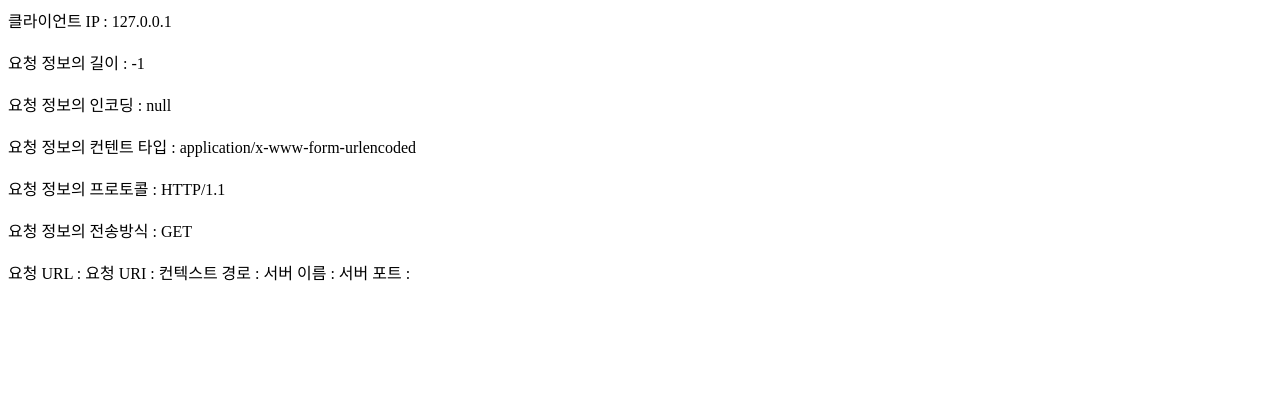
Repository: seminocoe/JSP_STUDY
Page: http://localhost/ServletProject/implicit/reqEx01.jsp
The author's editor kept a copy of each file at every save. The page is drawn from the files as they stood at one save, then again after the next save.
The browser window is 1280 px wide. The pictures show the whole page.
The page is served by Tomcat 9. Nobody is signed in. The application's start-up code is not run.

Above is the page before, as saved 2022-08-02 01:22:02.

After the next save:
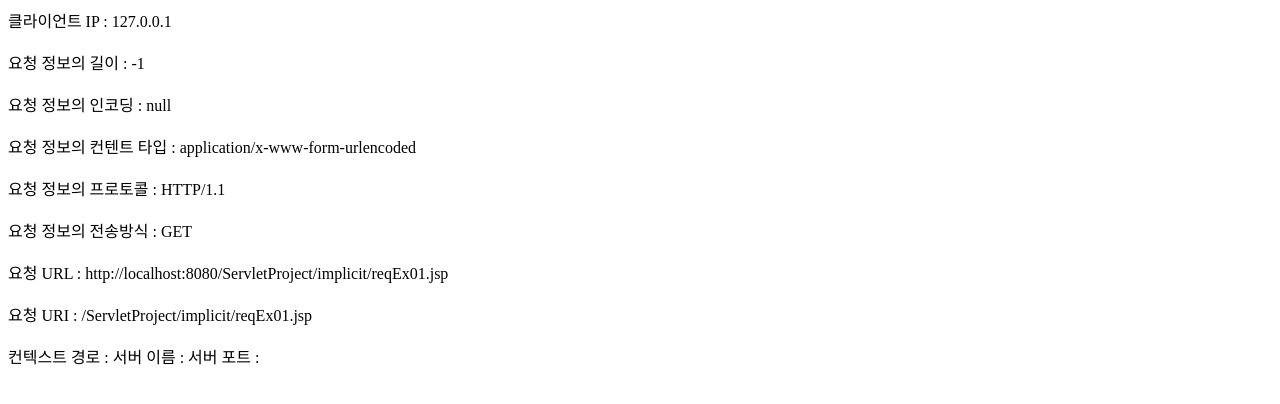
Saved 18 min 59 s later.
--- a/ServletProject/src/main/webapp/implicit/reqEx01.jsp
+++ b/ServletProject/src/main/webapp/implicit/reqEx01.jsp
@@ -13,8 +13,8 @@
 요청 정보의 컨텐트 타입 : <%= request.getContentType() %><br><br>
 요청 정보의 프로토콜 : <%= request.getProtocol() %><br><br>
 요청 정보의 전송방식 : <%= request.getMethod() %><br><br>
-요청 URL :
-요청 URI :
+요청 URL : <%= request.getRequestURL().toString()%><br><br>
+요청 URI : <%= request.getRequestURI() %><br><br>
 컨텍스트 경로 :
 서버 이름 :
 서버 포트 :
